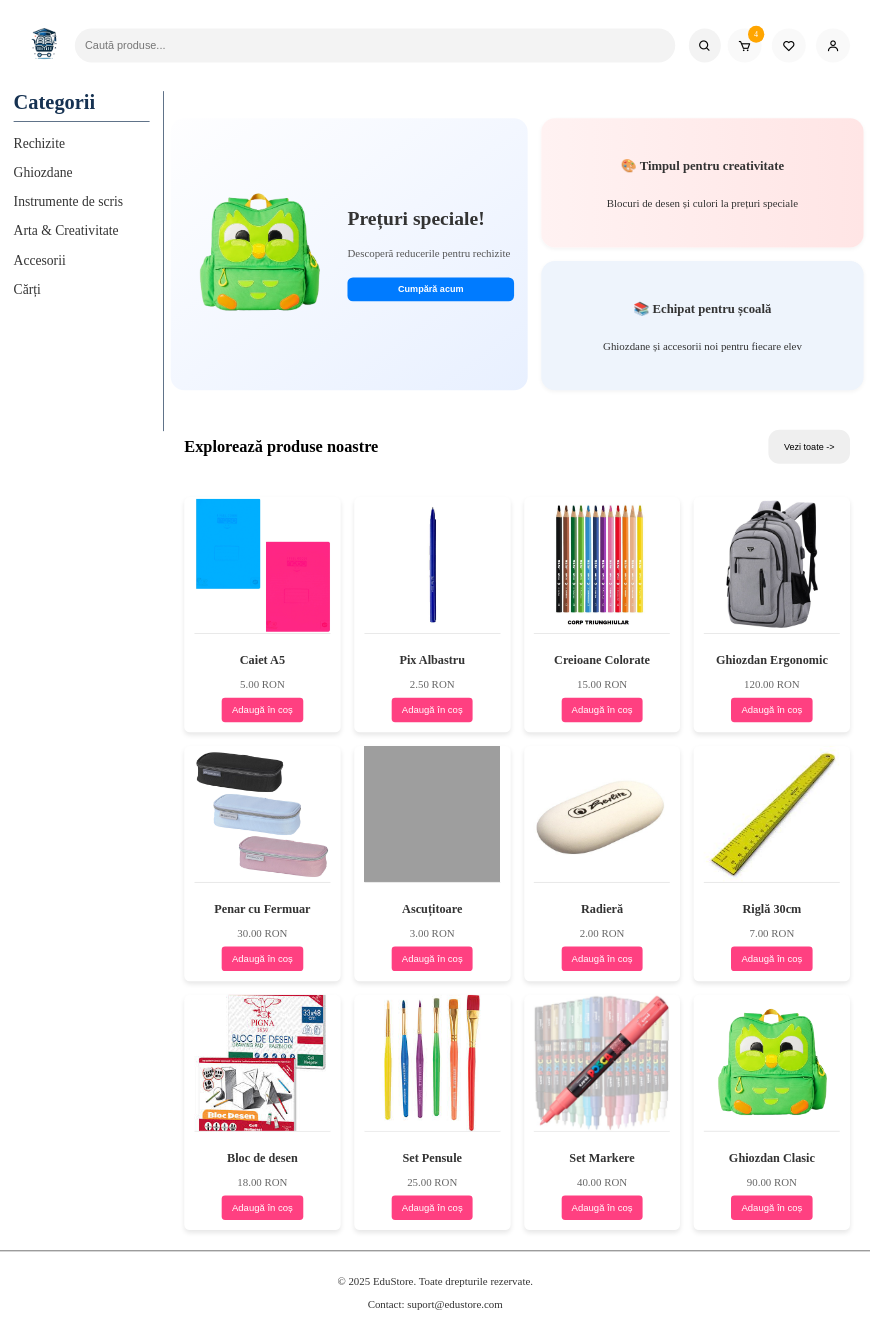
Repository: Roxana5504/WebDev-Project
Page: frontend/index.html
The author's editor kept a copy of each file at every save. The page is drawn from the files as they stood at one save, then again after a run of saves.
The browser window is 1280 px wide. The pictures show the whole page, at 68% of full size.
Pictures or frames that could not be fetched are drawn as grey boxes.

Above is the page before, as saved 2025-04-23 16:55:10.

### frontend/index.html
<!DOCTYPE html>
<html lang="ro">
  <head>
    <meta charset="UTF-8" />
    <meta name="viewport" content="width=device-width, initial-scale=1.0" />
    <title>Căutare Produse</title>
    <link rel="stylesheet" href="/styles.css" />
    <link
      href="https://cdn.jsdelivr.net/npm/boxicons@2.1.4/css/boxicons.min.css"
      rel="stylesheet"
    />
  </head>

  <body>
    <header class="container-header">
      <div class="logo">
        <img src="/backend/images/logoDWS.png" alt="EduStore" />
      </div>

      <div class="search-bar">
        <button class="sidebar-toggle" id="sidebar-toggle">
          <i class="bx bx-menu"></i>
        </button>
        <input type="text" id="search-input" placeholder="Caută produse..." />
        <button class="search-btn" id="search-btn">
          <i class="bx bx-search"></i>
        </button>
      </div>

      <div class="header-icons">
        <div class="header-icon">
          <span class="cart-items">4</span>
          <i class="bx bx-cart"></i>
        </div>
        <div class="header-icon">
          <i class="bx bx-heart"></i>
        </div>
        <div class="header-icon profile">
          <i class="bx bx-user"></i>
        </div>
      </div>
    </header>

    <div class="main-content">
      <aside class="sidebar">
        <h2>Categorii</h2>
        <ul>
          <li>Rechizite</li>
          <li>Ghiozdane</li>
          <li>Instrumente de scris</li>
          <li>Arta & Creativitate</li>
          <li>Accesorii</li>
          <li>Cărți</li>
        </ul>
      </aside>

      <div class="container">
        <section class="banner">
          <div class="banner-left">
            <div class="banner-left-content">
              <div class="img-cont">
                <img src="/backend/images/gh.jpg" alt="Oferta specială" />
              </div>

              <div class="banner-text">
                <h2>Prețuri speciale!</h2>
                <p>Descoperă reducerile pentru rechizite</p>
                <button class="buy-now-btn" id="buy-now-btn">
                  Cumpără acum
                </button>
              </div>
            </div>
          </div>

          <div class="banner-right">
            <div class="banner-right-up">
              <h3>🎨 Timpul pentru creativitate</h3>
              <p>Blocuri de desen și culori la prețuri speciale</p>
            </div>
            <div class="banner-right-down">
              <h3>📚 Echipat pentru școală</h3>
              <p>Ghiozdane și accesorii noi pentru fiecare elev</p>
            </div>
          </div>
        </section>

        <section class="products">
          <div class="products-explore-line">
            <h2>Explorează produse noastre</h2>
            <button class="all-products-button">Vezi toate -></button>
          </div>
          <div id="product-list" class="product-list"></div>
        </section>
      </div>
    </div>
    <footer>
      <p>&copy; 2025 EduStore. Toate drepturile rezervate.</p>
      <p>Contact: suport@edustore.com</p>
    </footer>
    <script src="script.js"></script>
  </body>
</html>

### frontend/styles.css
/*CSS Roxana*/
html,
body {
  height: 100%;
  margin: 0;
  padding: 0;
}

.modal-overlay {
  position: fixed;
  top: 0;
  left: 0;
  right: 0;
  bottom: 0;
  background: rgba(0, 0, 0, 0.6);
  display: flex;
  align-items: center;
  justify-content: center;
  padding: 20px;
  z-index: 9999;
  overflow-y: auto;
  box-sizing: border-box;
}

.modal-content {
  display: flex;
  flex-direction: column;
  background: white;
  padding: 20px;
  border-radius: 10px;
  max-width: 800px;
  width: 100%;
  max-height: 90vh;
  overflow-y: auto;
  position: relative;
  box-sizing: border-box;
  align-items: center;
}

.modal-buttons {
  align-items: center;
  display: flex;
  gap: 10px;
  margin-top: 20px;
}

.modal-content button {
  background-color: black;
  color: white;
  font-weight: bold;
  border: none;
  padding: 12px 16px;
  border-radius: 5px;
}

.close-btn {
  position: absolute;
  top: 10px;
  right: 15px;
  font-size: 24px;
  cursor: pointer;
  color: red;
}

.modal-products {
  display: flex;
  flex-wrap: wrap;
  gap: 20px;
}

.modal-product-card {
  width: 200px;
  border: 1px solid #eee;
  border-radius: 10px;
  padding: 10px;
  text-align: center;
}

.modal-product-card img {
  max-width: 100%;
  height: auto;
  border-radius: 5px;
}

.container-header {
  padding: 30px;
  display: flex;
  align-items: center;
  justify-content: space-between;
  width: 100%;
  box-sizing: border-box;
  flex-wrap: wrap;
  gap: 10px;
}

.logo img {
  height: 70px;
  cursor: pointer;
}

.search-bar {
  flex: 1;
  gap: 20px;
  display: flex;
  align-items: center;
  position: relative;
  max-width: 1000px;
}

.search-btn {
  width: 50px;
  height: 50px;
  border-radius: 100%;
  border: none;
  background-color: #f3f3f3;
  display: flex;
  justify-content: center;
  align-items: center;
  cursor: pointer;
  font-size: 20px;
}

.search-bar input {
  min-width: 200px;
  width: 100%;
  height: 50px;
  padding: 10px 15px;
  border-radius: 50px;
  border: none;
  background-color: #f3f3f3;
  font-size: 16px;
  outline: none;
  box-sizing: border-box;
}

.header-icons {
  display: flex;
  align-items: center;
  gap: 15px;
}

.header-icon {
  position: relative;
  width: 50px;
  height: 50px;
  background-color: #f9f9f9;
  border-radius: 50%;
  display: flex;
  justify-content: center;
  align-items: center;
  cursor: pointer;
}

.header-icon i {
  font-size: 20px;
  color: black;
}

.cart-items {
  position: absolute;
  top: -4px;
  right: -4px;
  background-color: orange;
  color: white;
  font-size: 12px;
  border-radius: 100%;
  padding: 5px 9px;
}

.main-content {
  display: flex;
  flex: 1;
  box-sizing: border-box;
  justify-content: left;
}

.container {
  flex: 1;
  width: 100%;
  margin: 0px auto;
  display: flex;
  flex-direction: column;
  padding: 10px;
  max-width: 1200px;
  box-sizing: border-box;
  min-height: 100dvh;
  justify-content: flex-start;
}

.sidebar {
  max-height: 500px;
  position: relative;
  z-index: 99;
  width: 200px;
  padding: 0px 20px;
  transition: transform 0.3s ease;
  border-right: 1px solid;
  border-right: 1px solid rgb(22, 50, 82);
}

.sidebar h2 {
  font-size: 30px;
  font-weight: bold;
  margin-top: 0px;
  color: rgb(22, 50, 82);
  margin-bottom: 10px;
  padding-bottom: 10px;
  border-bottom: 1px solid rgb(22, 50, 82);
}

.sidebar ul {
  list-style: none;
  padding: 0;
  margin: 0;
}

.sidebar ul li {
  padding: 10px 0;
  font-size: 20px;
  color: #333;
  cursor: pointer;
  transition: color 0.3s ease;
}

.sidebar ul li:hover {
  color: #0d4e5a;
}

.sidebar-toggle {
  background: none;
  border: none;
  font-size: 25px;
  cursor: pointer;
  display: none;
}

.banner {
  display: flex;
  flex-wrap: wrap;
  gap: 20px;
  margin: 30px 0;
  width: 100%;
}

.banner-left {
  box-sizing: border-box;
  background: linear-gradient(to bottom right, #fefeff, #e8f0ff);
  border-radius: 20px;
  padding: 20px;
  position: relative;
  display: flex;
  align-items: center;
  justify-content: space-between;
  flex: 1 1 50%;
}

.banner-left-content {
  display: flex;
  gap: 20px;
  align-items: center;
  flex-wrap: wrap;
  width: 100%;
  max-width: 500px;
}

.banner-left-content img {
  width: 100%;
  max-width: 220px;
  height: auto;
  border-radius: 10px;
  object-fit: cover;
}

.banner-text {
  flex: 1;
  display: flex;
  flex-direction: column;
  gap: 10px;
}

.banner-text h2 {
  font-size: 1.8rem;
  color: #333;
  margin: 0;
}

.banner-text p {
  font-size: 1rem;
  color: #555;
}

.buy-now-btn {
  background-color: #007bff;
  color: white;
  border: none;
  padding: 10px 16px;
  border-radius: 8px;
  font-weight: bold;
  cursor: pointer;
  transition: background 0.3s ease;
}

.buy-now-btn:hover {
  background-color: #0056b3;
}

.banner-right {
  flex: 1 1 45%;
  display: flex;
  flex-direction: column;
  justify-content: space-between;
  gap: 20px;
  min-width: 300px;
}

.banner-right-up,
.banner-right-down {
  border-radius: 20px;
  padding: 20px;
  text-align: center;
  min-height: 150px;
  display: flex;
  flex-direction: column;
  justify-content: center;
  box-shadow: 0 2px 6px rgba(0, 0, 0, 0.05);
}

.banner-right-up {
  background: linear-gradient(to right, #fff2f2, #ffe5e5);
  color: #333;
}

.banner-right-down {
  background: #eef4fc;
  color: #333;
}

footer {
  text-align: center;
  padding: 20px;
  border-top: 1px solid #333;
  color: #333;
  background-color: white;
}

.products-explore-line {
  display: flex;
  justify-content: space-between;
  width: 100%;
  box-sizing: border-box;
  align-items: center;
  padding: 20px;
}

.all-products-button {
  border: none;
  border-radius: 16px;
  padding: 0px 10px;
  width: 120px;
  height: 50px;
  cursor: pointer;
}

@media (max-width: 768px) {
  .search-bar {
    gap: 10px;
    width: 100%;
    margin: 0px;
    order: 1;
    display: flex;
    justify-content: center;
  }

  .search-bar input {
    flex: 1;
    margin: 0 10px;
  }

  .banner {
    flex-direction: column;
  }

  .banner-left {
    width: 100%;
    flex: none;
  }

  .banner-right {
    flex-direction: row;
    flex-wrap: wrap;
    width: 100%;
    gap: 20px;
  }

  .banner-right-up,
  .banner-right-down {
    flex: 1 1 48%;
    min-width: 48%;
    padding: 15px;
  }
}

@media (max-width: 600px) {
  .modal-products {
    flex-direction: column;
    align-items: center;
  }

  .modal-product-card {
    width: 100%;
    max-width: 300px;
  }
  .sidebar {
    width: 30%;
    z-index: 99;
    transform: translateX(-100%);
    display: none;
  }

  .sidebar-toggle {
    display: block;
  }

  .sidebar.open {
    transform: translateX(0);
    display: block;
  }

  .sidebar h2 {
    font-size: 22px;
  }

  .sidebar ul li {
    font-size: 16px;
  }
}

/*Sfarsit CSS Roxana*/

.product-list {
  display: grid;
  grid-template-columns: repeat(auto-fit, minmax(220px, 1fr));
  gap: 20px;
  padding: 20px;
}

.product-card {
  background: white;
  border-radius: 8px;
  box-shadow: 0px 4px 8px rgba(0, 0, 0, 0.1);
  overflow: hidden;
  text-align: center;
  transition: transform 0.2s ease-in-out;
}

.product-card:hover {
  transform: scale(1.05);
}

.product-card img {
  width: 100%;
  height: 200px;
  object-fit: cover;
  border-bottom: 1px solid #ddd;
}

.product-card .product-info {
  padding: 15px;
}

.product-card h3 {
  font-size: 18px;
  margin: 10px 0;
  color: #333;
}

.product-card p {
  font-size: 16px;
  color: #666;
  margin-bottom: 10px;
}

.product-card button {
  background: #ff4081;
  color: white;
  border: none;
  padding: 10px 15px;
  border-radius: 5px;
  cursor: pointer;
  font-size: 14px;
  transition: background 0.3s;
}

.product-card button:hover {
  background: #e6006e;
}

@media (max-width: 768px) {
  .product-list {
    grid-template-columns: repeat(auto-fit, minmax(180px, 1fr));
  }
}

### frontend/script.js
//Roxana
document.addEventListener("DOMContentLoaded", function () {
  const categoryItems = document.querySelectorAll("aside li")
  const productList = document.getElementById("product-list")
  let products = []

  fetch("/products.json")
    .then((response) => {
      if (!response.ok) {
        throw new Error("Eroare la încărcarea fișierului products.json")
      }
      return response.json()
    })
    .then((data) => {
      products = data.products.map((product) => {
        const name = product.name.toLowerCase()
        let category = "altele"

        if (name.includes("ghiozdan")) category = "ghiozdane"
        else if (
          name.includes("pix") ||
          name.includes("creion") ||
          name.includes("marker") ||
          name.includes("pensul")
        )
          category = "arta-creativitate"
        else if (
          name.includes("radier") ||
          name.includes("ascuțitoare") ||
          name.includes("rigl")
        )
          category = "accesorii"
        else if (
          name.includes("caiet") ||
          name.includes("penar") ||
          name.includes("bloc")
        )
          category = "rechizite"

        return { ...product, category }
      })

      renderProducts()
    })
    .catch((error) => {
      console.error("Eroare la încărcare produse:", error)
    })

  function renderProducts() {
    productList.innerHTML = ""
    products.forEach((product) => {
      const productCard = document.createElement("div")
      productCard.classList.add("product-card")
      productCard.setAttribute("data-category", product.category)
      productCard.innerHTML = `
        <img src="${product.image}" alt="${
        product.name
      }" style="width: 200px; height: 200px; object-fit: cover;">
        <div class="product-info">
          <h3>${product.name}</h3>
          <p>${product.price.toFixed(2)} RON</p>
          <button>Adaugă în coș</button>
        </div>
      `
      productList.appendChild(productCard)
    })
  }

  categoryItems.forEach((item) => {
    item.addEventListener("click", function () {
      const category = this.textContent
        .trim()
        .toLowerCase()
        .replace(/\s+/g, "-")
      const productCards = document.querySelectorAll(".product-card")

      productCards.forEach((product) => {
        if (
          product.getAttribute("data-category") === category ||
          category === "toate"
        ) {
          product.style.display = "flex"
        } else {
          product.style.display = "none"
        }
      })
    })
  })
})

document.getElementById("search-btn").addEventListener("click", () => {
  const query = document.getElementById("search-input").value.trim()

  fetch(`/products/${query}`)
    .then((res) => {
      if (!res.ok) throw new Error("Server error: " + res.status)
      return res.json()
    })
    .then((data) => {
      if (data.length > 0) {
        showModalWithProducts(data)
      } else {
        showNoProductFoundModal(query)
      }
    })
    .catch((err) => {
      console.error("Eroare:", err)
    })
})

document.getElementById("buy-now-btn").addEventListener("click", () => {
  const query = "Ghiozdan Clasic"
  fetch(`/products/${query}`)
    .then((res) => {
      if (!res.ok) throw new Error("Server error: " + res.status)
      return res.json()
    })
    .then((data) => {
      if (data.length > 0) {
        showModalWithProducts(data)
      } else {
        showNoProductFoundModal(query)
      }
    })
    .catch((err) => {
      console.error("Eroare:", err)
    })
})

function showModalWithProducts(products) {
  let modalHTML = `
      <div id="product-modal" class="modal-overlay">
        <div class="modal-content">
          <span class="close-btn" onclick="closeModal()">&times;</span>
          <h2>Rezultate Căutare</h2>
          <div class="modal-products">
    `

  products.forEach((product) => {
    modalHTML += `
        <div class="modal-product-card">
          <img src="${product.image}" alt="${product.name}" />
          <h3>${product.name}</h3>
          <p>Preț: ${product.price} lei</p>
          <p>Cantitate: ${product.quantity ?? "Nespecificat"}</p>
        </div>
      `
  })

  modalHTML += `
          </div>
        </div>
      </div>
    `

  document.body.insertAdjacentHTML("beforeend", modalHTML)
}

function showNoProductFoundModal(query) {
  const modalHTML = `
      <div id="product-modal" class="modal-overlay">
        <div class="modal-content">
          <span class="close-btn" onclick="closeModal()">&times;</span>
          <h2>Produs negăsit</h2>
          <p>Nu am găsit produsul <strong>"${query}"</strong>.</p>
          <p>Dorești să îl adaugi în magazin?</p>
          <div class="modal-buttons">
          <button onclick="openAddProductForm('${query}')">Adaugă produs</button>
          <button onclick="closeModal()">Încearcă din nou</button></div>
        </div>
      </div>
    `
  document.body.insertAdjacentHTML("beforeend", modalHTML)
}

function closeModal() {
  const modal = document.getElementById("product-modal")
  if (modal) modal.remove()
}

const sidebarToggle = document.getElementById("sidebar-toggle")
const sidebar = document.querySelector(".sidebar")

sidebarToggle.addEventListener("click", () => {
  sidebar.classList.toggle("open")
})
//Sfarsit cod Roxana

### backend/products.json
{
  "products": [
    { "name": "Caiet A5", "price": 5.0, "image": "/backend/images/caiet.jpg" },
    {
      "name": "Pix Albastru",
      "price": 2.5,
      "image": "/backend/images/pix.jpg",
      "quantity": 20
    },
    {
      "name": "Creioane Colorate",
      "price": 15.0,
      "image": "/backend/images/creioane.jpg",
      "quantity": 20
    },
    {
      "name": "Ghiozdan Ergonomic",
      "price": 120.0,
      "image": "/backend/images/ghiozdan.jpg",
      "quantity": 20
    },
    {
      "name": "Penar cu Fermuar",
      "price": 30.0,
      "image": "/backend/images/penar.jpg",
      "quantity": 20
    },
    {
      "name": "Ascuțitoare",
      "price": 3.0,
      "image": "/backend/images/ascutitoare.jpg",
      "quantity": 20
    },

    {
      "name": "Radieră",
      "price": 2.0,
      "image": "/backend/images/radiera.jpg",
      "quantity": 20
    },
    {
      "name": "Riglă 30cm",
      "price": 7.0,
      "image": "/backend/images/rigla.jpg",
      "quantity": 20
    },
    {
      "name": "Bloc de desen",
      "price": 18.0,
      "image": "/backend/images/blocdesen.jpg",
      "quantity": 20
    },
    {
      "name": "Set Pensule",
      "price": 25.0,
      "image": "/backend/images/pensule.jpg",
      "quantity": 20
    },
    {
      "name": "Set Markere",
      "price": 40.0,
      "image": "/backend/images/markere.jpg",
      "quantity": 20
    },
    {
      "name": "Ghiozdan Clasic",
      "price": 90.0,
      "image": "/backend/images/gh.jpg",
      "quantity": 20
    }
  ]
}

After the next 2 saves:
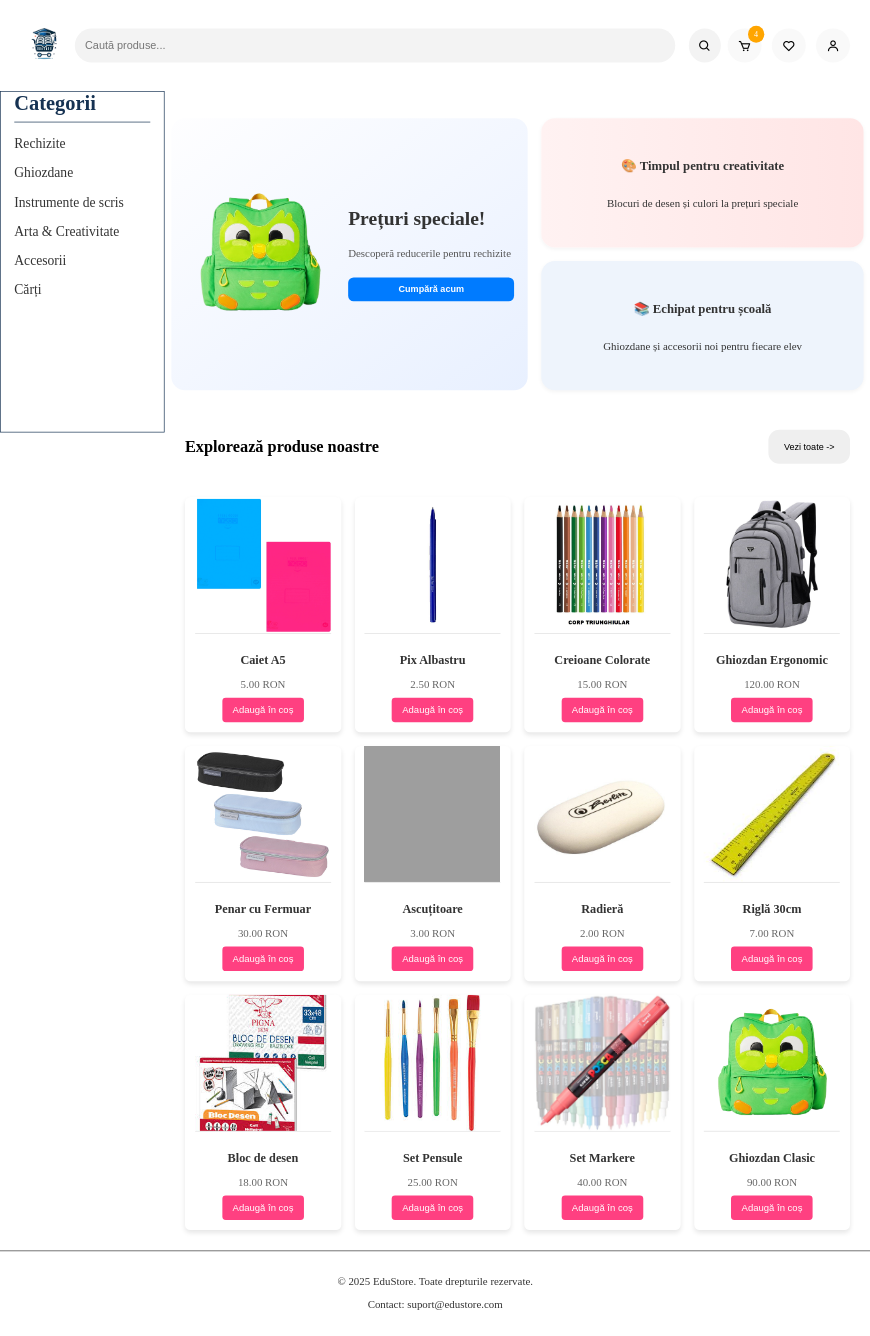
The 2 saves are shown as one change because they came seconds apart.
The last was saved 14 s later.
--- a/frontend/styles.css
+++ b/frontend/styles.css
@@ -189,6 +189,7 @@ body {
 
 .sidebar {
   max-height: 500px;
+  border: 1px solid rgb(22, 50, 82);
   position: relative;
   z-index: 99;
   width: 200px;
